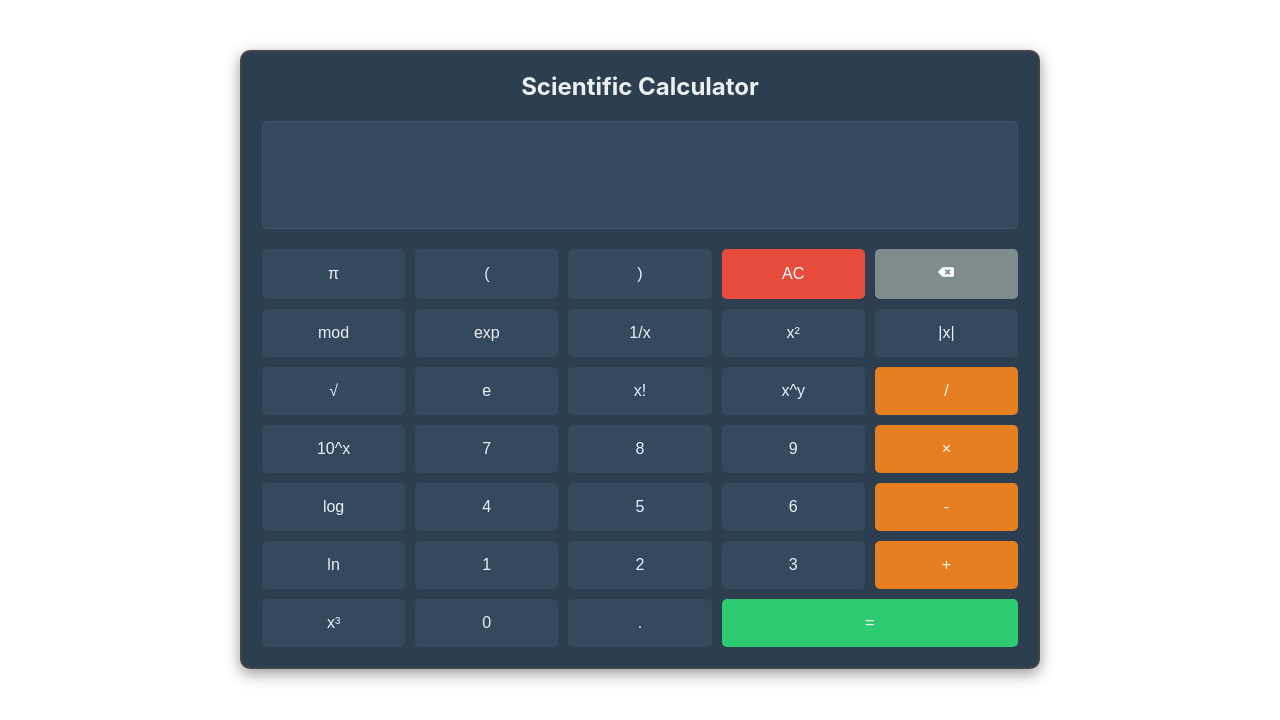
Repository: thesaherriaz/Calculator-React
Page: /
An editor plug-in stored every save of this project. The page is shown before and after the next save, followed by the edit.
The browser window is 1280 px wide. The pictures show the whole page.
The project was rebuilt for these pictures with package versions that can differ from the ones it lists, and the page was loaded fresh each time.

Above is the page before, as saved 2025-06-20 12:54:55.

After the next save:
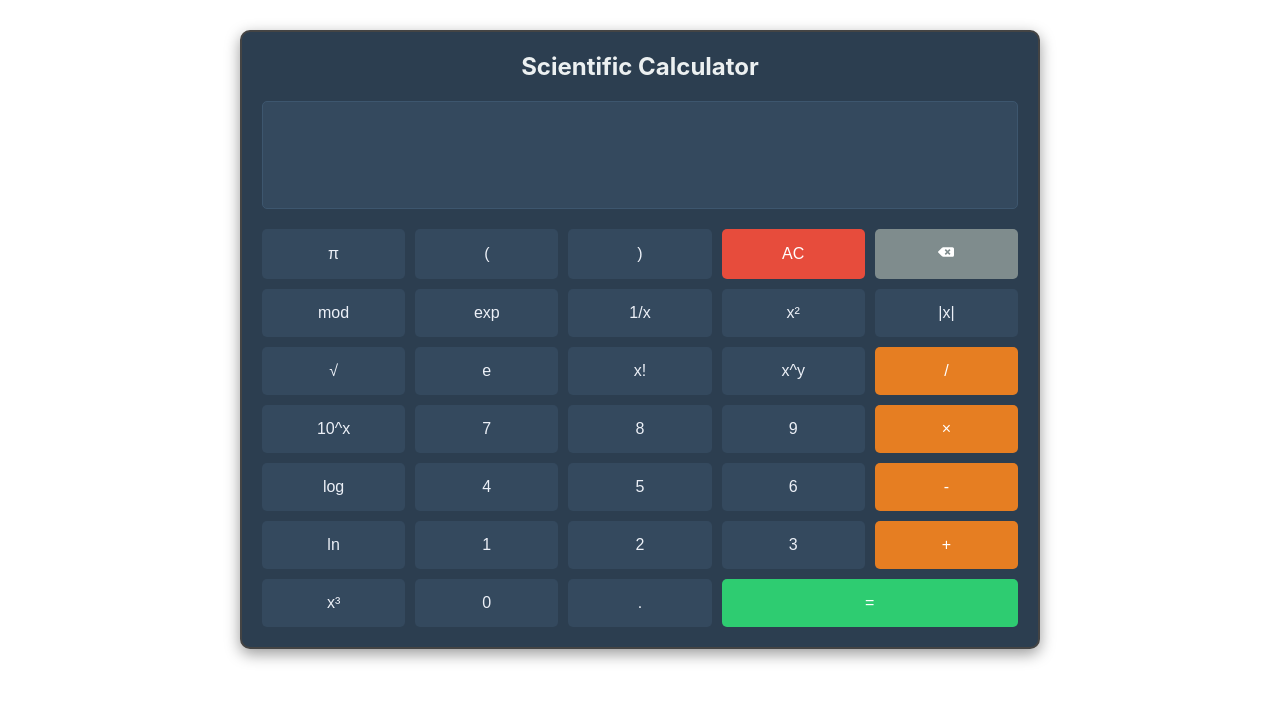
Saved 10 s later.
--- a/src/compnents/Calculator.css
+++ b/src/compnents/Calculator.css
@@ -5,7 +5,7 @@
 }
 .calculator {
     width: 800px;
-    margin: 50px auto 0px auto;
+    margin: 30px auto 0px auto;
     border: 2px solid #444;
     border-radius: 10px;
     padding: 20px;
